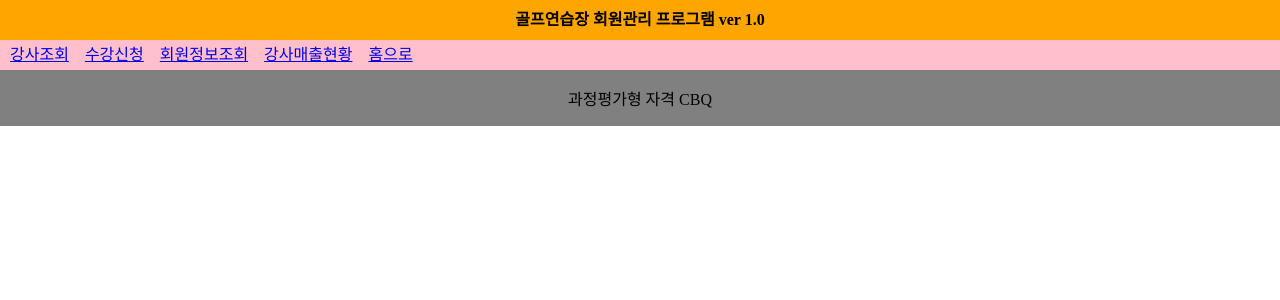
Repository: wjdwlgns1101/school_hrd
Page: http://localhost/hrd_30111_1_/
An editor plug-in stored every save of this project. The page is shown before and after the next save, followed by the edit.
The browser window is 1280 px wide. The pictures show the whole page.
The page is served by Tomcat 9.

Above is the page before, as saved 2024-05-06 13:53:08.

### hrd_30111_(1)/hrd_30111(1)/src/main/webapp/index.jsp
<%@ page language="java" contentType="text/html; charset=UTF-8"
    pageEncoding="UTF-8"%>
<!DOCTYPE html>
<html>
<head>
<meta charset="UTF-8">
<title>Insert title here</title>
</head>
<body>
<jsp:include page="header.jsp"></jsp:include>
<section style="position: fixed; background-color: gray; top: 70px; text-align: center; left: 0; width: 100%; ">
<p>과정평가형 자격 CBQ<p>


</section>


<jsp:include page="footer.jsp"></jsp:include>
</body>
</html>

### hrd_30111_(1)/hrd_30111(1)/src/main/webapp/header.jsp
<%@ page language="java" contentType="text/html; charset=UTF-8"
    pageEncoding="UTF-8"%>
<!DOCTYPE html>
<html>
<head>
<meta charset="UTF-8">
<title>Insert title here</title>
</head>
<body>
<header style="position: fixed; background-color: orange; width: 100%; height: 40px; padding: 0; left: 0; top: 0; text-align: center; line-height: 40px;'">
	<b>골프연습장 회원관리 프로그램 ver 1.0</b>

<nav style="background-color: pink; text-align: left; padding-left: 10px; height: 30px; line-height: 30px;" >

	<a href="#">강사조회</a> &nbsp;&nbsp;
	<a href="#">수강신청</a> &nbsp;&nbsp;
	<a href="#">회원정보조회</a> &nbsp;&nbsp;
	<a href="#">강사매출현황</a> &nbsp;&nbsp;
	<a href="index.jsp">홈으로</a>

</nav>

</header>


</body>
</html>

Loaded but not shown: hrd_30111_(1)/hrd_30111(1)/src/main/webapp/footer.jsp (common file)

After the next save:
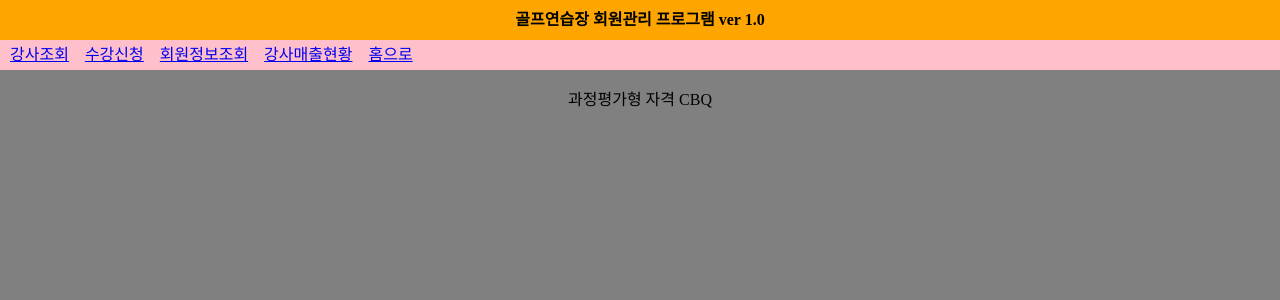
Saved 9 s later.
--- a/hrd_30111_(1)/hrd_30111(1)/src/main/webapp/index.jsp
+++ b/hrd_30111_(1)/hrd_30111(1)/src/main/webapp/index.jsp
@@ -8,7 +8,7 @@
 </head>
 <body>
 <jsp:include page="header.jsp"></jsp:include>
-<section style="position: fixed; background-color: gray; top: 70px; text-align: center; left: 0; width: 100%; ">
+<section style="position: fixed; background-color: gray; top: 70px; text-align: center; left: 0; width: 100%; height: 100%; ">
 <p>과정평가형 자격 CBQ<p>
 
 
